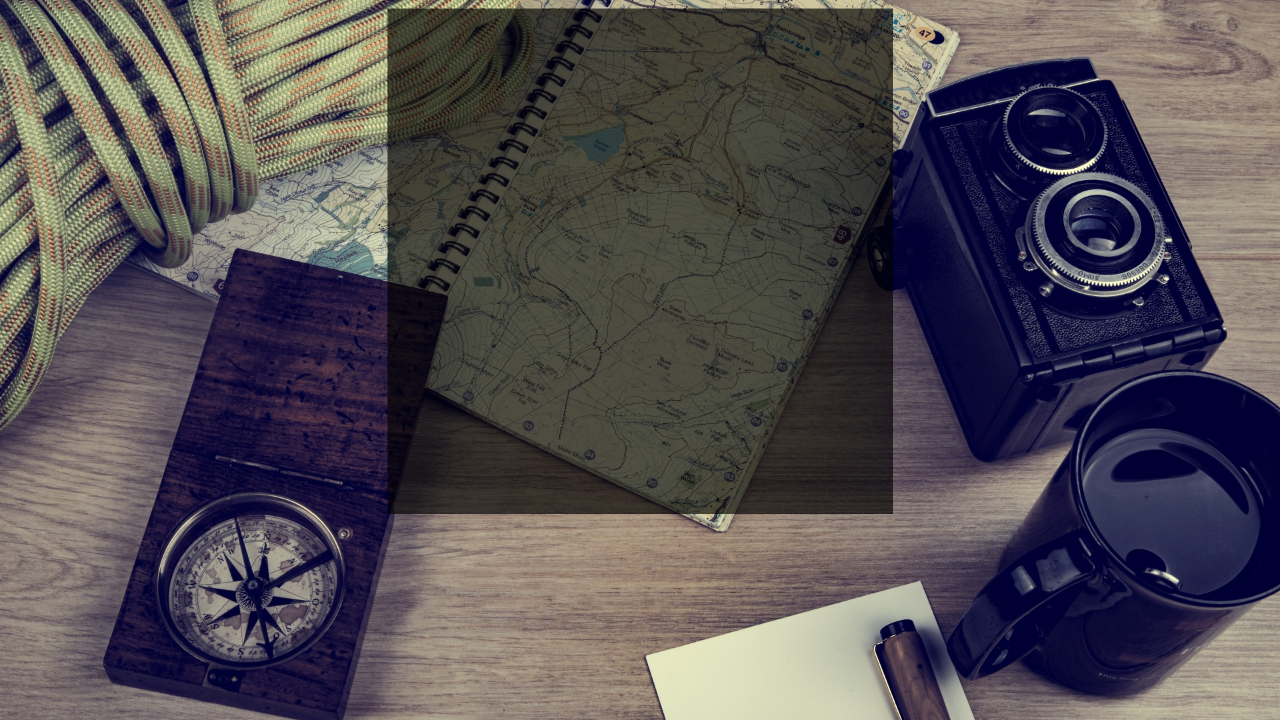
Repository: minkyung0421/jsp_travel_project
Page: http://localhost/Travel_Project/loginForm.jsp
These files come from the project's save history. The page is drawn as it stood at one moment and after the next save; the edit follows.
The browser window is 1280 px wide. The pictures show the whole page.
The page is served by Tomcat 9.

Above is the page before, as saved 2018-08-20 01:46:18.

After the next save:
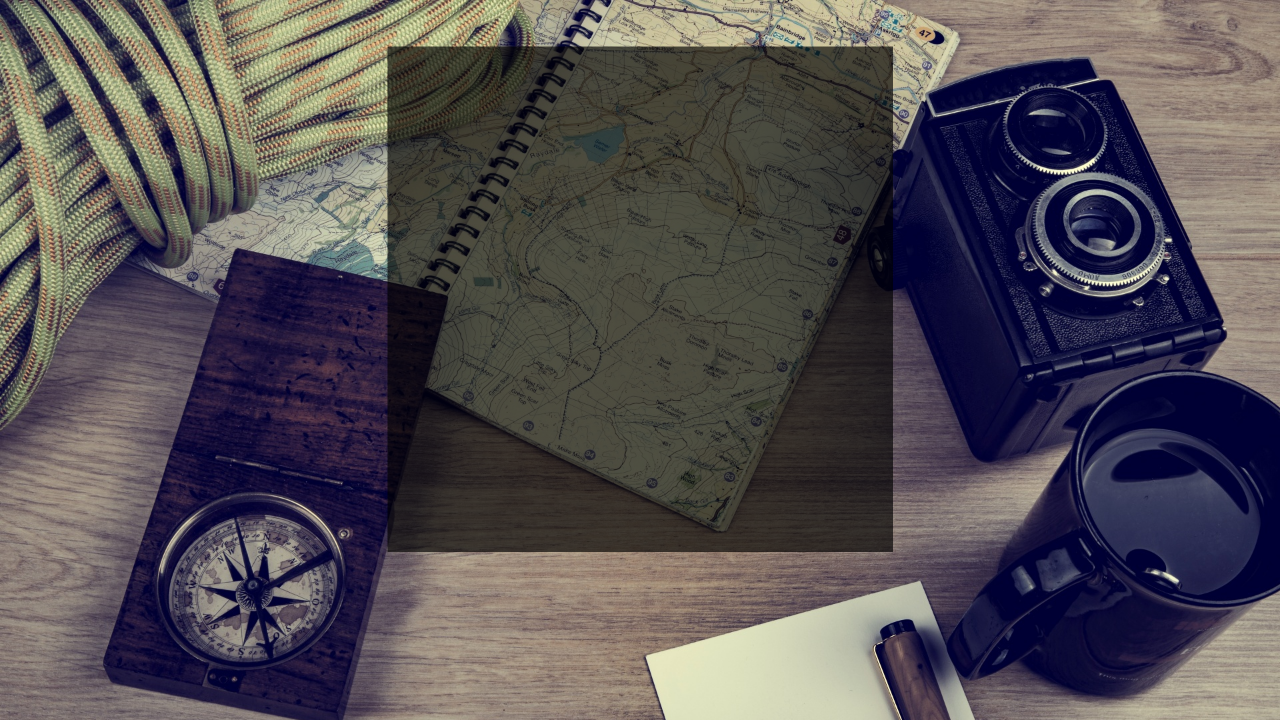
Saved 20 s later.
--- a/jsp_travel_project/Travel_Project/WebContent/loginForm.jsp
+++ b/jsp_travel_project/Travel_Project/WebContent/loginForm.jsp
@@ -15,7 +15,8 @@
 </style>
 <body>
 	<center>
-		<img src = "image/travel2_login.png" width="40%" height = "40%">
+		<img src = "image/travel2_login.png" width="40%" height = "40%"
+		style = "margin-top: 3%;">
 	</center>
 </body>
 </html>
